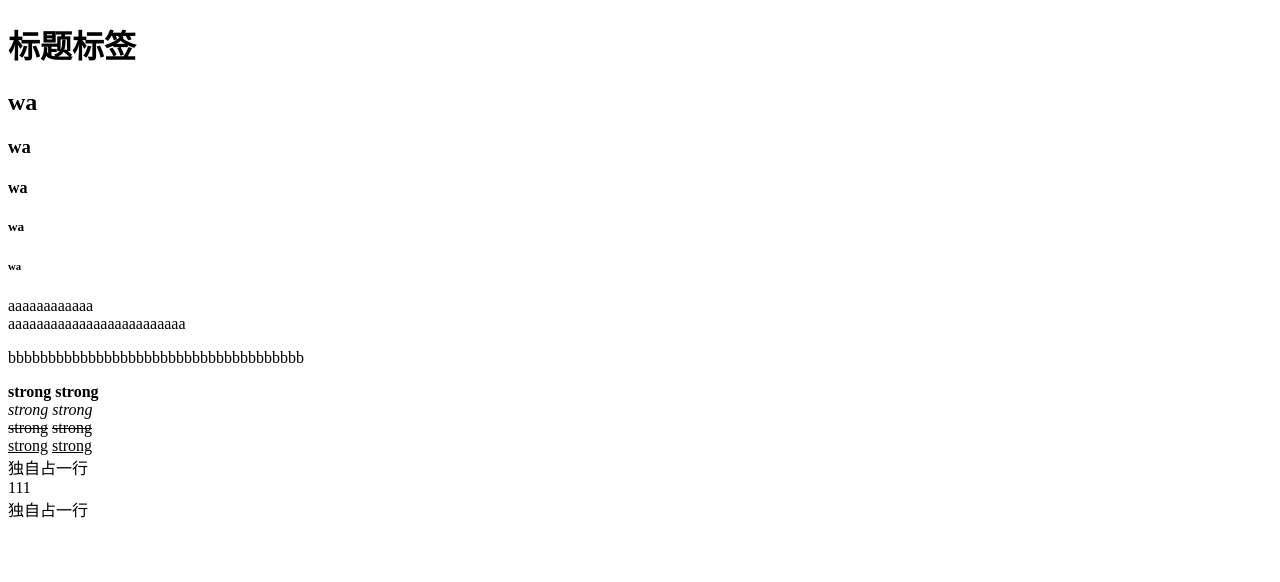
Repository: Qwenicq/My_project
Page: html/vscode_frist.htm
The author's editor kept a copy of each file at every save. The page is drawn from the files as they stood at one save, then again after the next save.
The browser window is 1280 px wide. The pictures show the whole page.

Above is the page before, as saved 2023-03-27 21:33:22.

After the next save:
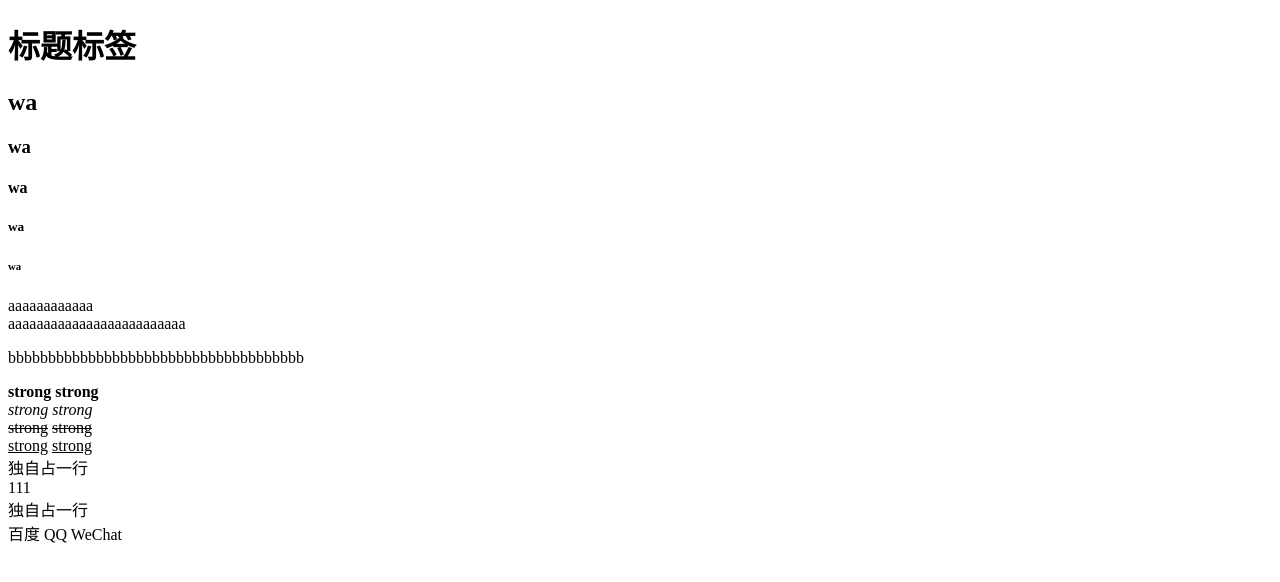
Saved 67 s later.
--- a/html/vscode_frist.htm
+++ b/html/vscode_frist.htm
@@ -26,5 +26,8 @@
     <u>strong</u>
     <div>独自占一行</div>111
     <div>独自占一行</div>
+    <span>百度</span>
+    <span>QQ</span>
+    <span>WeChat</span>
 </body>
 </html>
